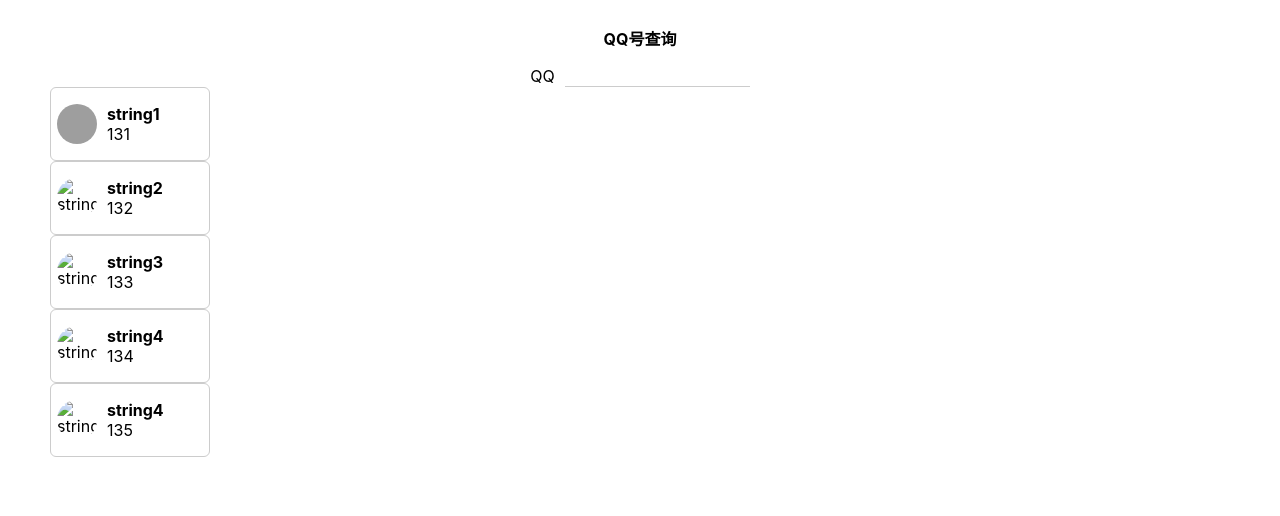
Repository: bobetax-byte/yinhao_tasks
Page: /
An editor plug-in stored every save of this project. The page is shown before and after the next save, followed by the edit.
The browser window is 1280 px wide. The pictures show the whole page.
Pictures or frames that could not be fetched are drawn as grey boxes. The project was rebuilt for these pictures with package versions that can differ from the ones it lists, and the page was loaded fresh each time. Also part of the build but not shown: vite.config.ts.

Above is the page before, as saved 2022-04-18 17:57:20.

After the next save:
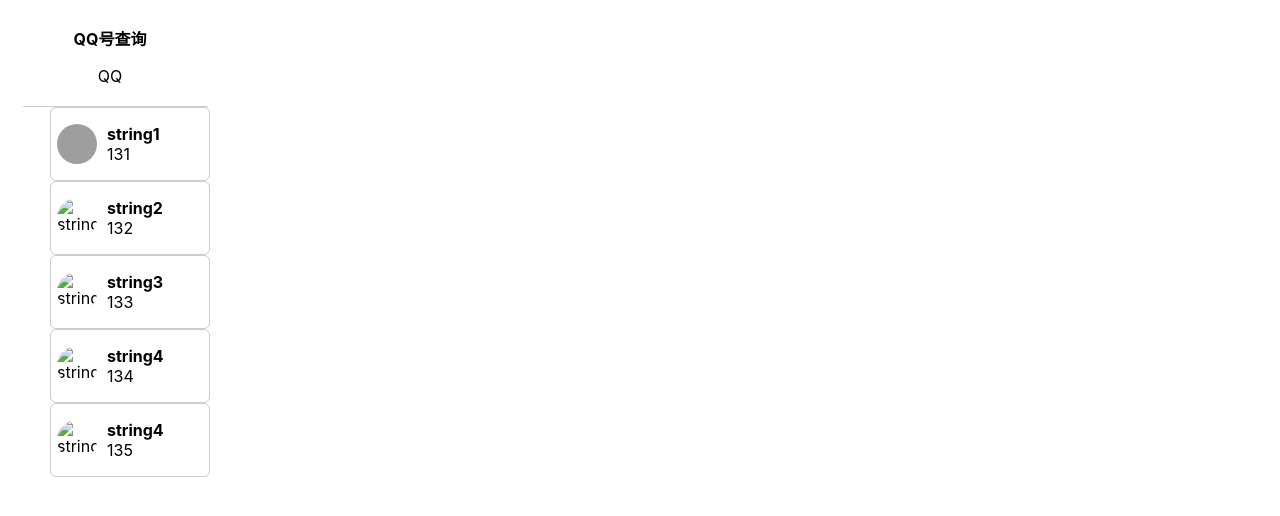
Saved 24 s later.
--- a/src/components/SearchQQ/index.scss
+++ b/src/components/SearchQQ/index.scss
@@ -1,4 +1,6 @@
 .search-qq-container {
+  width: 200px;
+  margin: 20px auto;
   display: flex;
   flex-direction: column;
   margin:10px;
